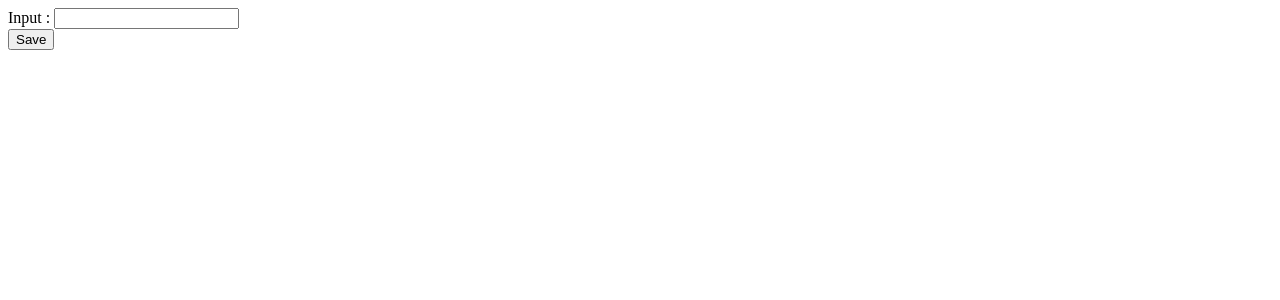
Repository: wtrabelssi/geolocalisation
Page: http://localhost/PfaGeo/view/index.jsp
These files come from the project's save history. The page is drawn as it stood at one moment and after the next save; the edit follows.
The browser window is 1280 px wide. The pictures show the whole page.
The page is served by Tomcat 9.

Above is the page before, as saved 2023-05-05 01:37:17.

After the next save:
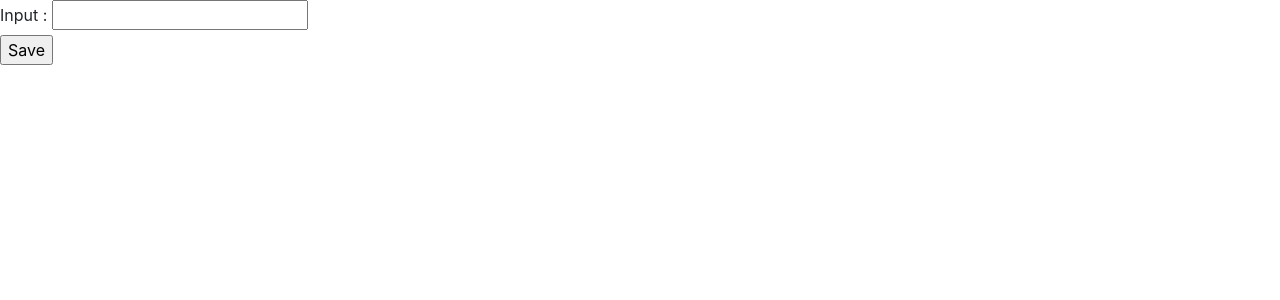
Saved 19 h 19 min later.
--- a/PfaGeo/src/main/webapp/view/index.jsp
+++ b/PfaGeo/src/main/webapp/view/index.jsp
@@ -4,10 +4,12 @@
 <html>
 <head>
 <meta charset="ISO-8859-1">
+<link rel="stylesheet" href="https://maxcdn.bootstrapcdn.com/bootstrap/4.0.0/css/bootstrap.min.css">
+
 <title>Insert title here</title>
 </head>
 <body>
-<form action="/reclamations" method="POST">
+<form action="/reclamations" method="POST" class="form-group">
 		<label>Input : </label>
 
  		<input type="text" name ="baladia"><br>
